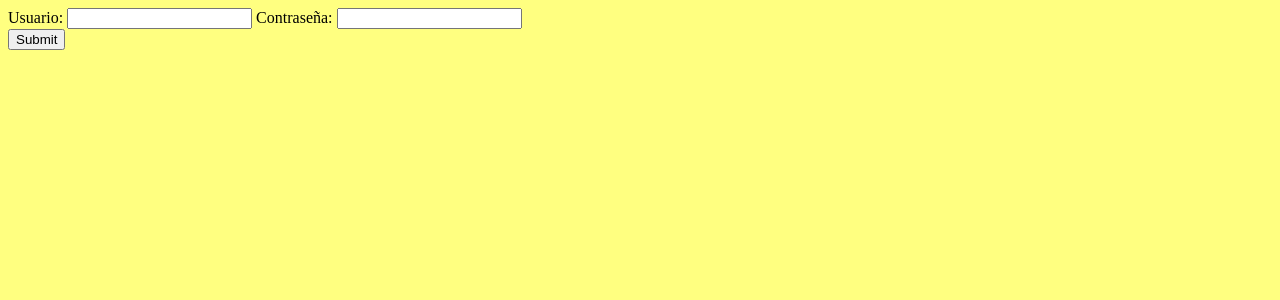
Repository: salvadorsobrino/Ejercicio5ServletJSP
Page: http://localhost/Ejercicio5/
These files come from the project's save history. The page is drawn as it stood at one moment and after the next save; the edit follows.
The browser window is 1280 px wide. The pictures show the whole page.
The page is served by Tomcat 9. Other server files are loaded and not shown.

Above is the page before, as saved 2022-03-11 09:27:17.

### Ejercicio5/src/main/webapp/index.html
<!DOCTYPE html>
<html>
<head>
<meta charset="UTF-8">
<link rel='stylesheet' type='text/css' media='screen' href='index.css'>
<title>Ejercicio5</title>
<link rel="icon" href="icono.png">
</head>
<body>
	<form id="formulario" action="Servlet" method="post">
	Usuario:
	<input type="text" name="usuario">
	Contraseña:
	<input type="password" name="contrasena">
	<br>
	<input type="submit">

	</form>
</body>
</html>

### Ejercicio5/src/main/webapp/index.css
/* Hoja de estilo index */
h1{
	 color: orange;
}
body{
	background-color: rgb(255, 255, 128);
    background-size: cover;
}
#formulario{
	background-color: color: rgb(255, 128, 64);
}
a:link {
    /* Enlaces no visitados */
    color: rgb(255, 128, 64);
}

a:visited {
    /* Enlaces visitados */
    color: rgb(255, 128, 0);
}

a:hover, a:focus {
    color: rgb(153, 72, 6);
    /* El usuario esta sobre el enlace */
}

a:active {
    color: rgb(255, 94, 0);
    /* El usuario hace click en el enlace */
}

After the next save:
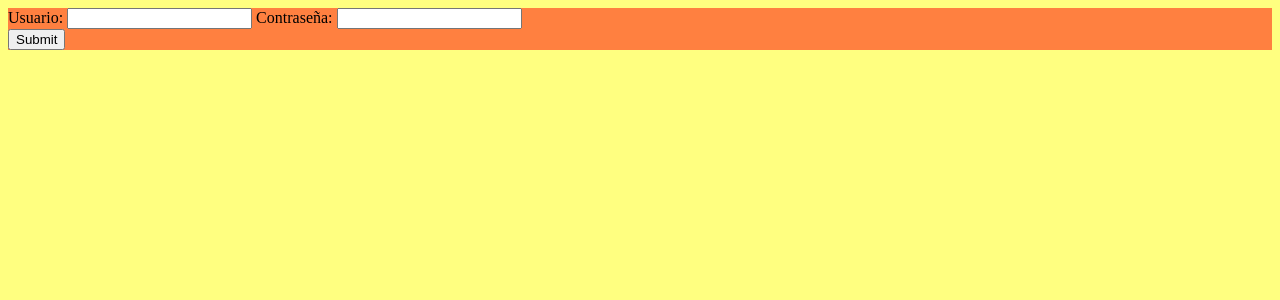
Saved 5 s later.
--- a/Ejercicio5/src/main/webapp/index.css
+++ b/Ejercicio5/src/main/webapp/index.css
@@ -7,7 +7,7 @@ body{
     background-size: cover;
 }
 #formulario{
-	background-color: color: rgb(255, 128, 64);
+	background-color: rgb(255, 128, 64);
 }
 a:link {
     /* Enlaces no visitados */
